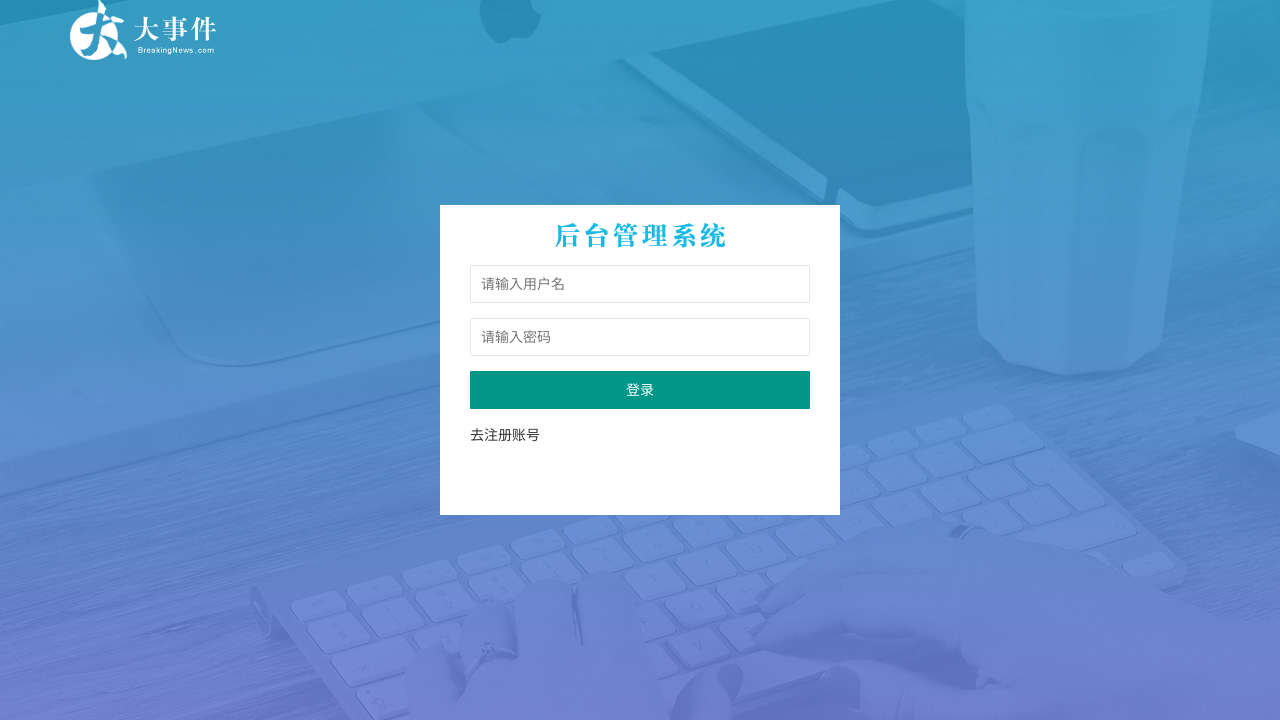
Repository: keyboying1/web_bigevent
Page: login.html
An editor plug-in stored every save of this project. The page is shown before and after the next save, followed by the edit.
The browser window is 1280 px wide. The pictures show the whole page.

Above is the page before, as saved 2022-11-18 15:41:01.

### login.html
<!DOCTYPE html>
<html lang="en">
<head>
    <meta charset="UTF-8">
    <meta http-equiv="X-UA-Compatible" content="IE=edge">
    <meta name="viewport" content="width=device-width, initial-scale=1.0">
    <title>大事件-注册/登录</title>
    <!-- 导入layui样式 -->
    <link rel="stylesheet" href="/assets/lib/layui/css/layui.css">
    <link rel="stylesheet" href="/assets/css/login.css">
</head>
<body>
    <!-- 头部logo区域 -->
    <div class="layui-main">
        <img src="/assets/images/logo.png" alt="" />
    </div>

    <!-- 登录注册区域 -->
    <div class="loginAndRegBox">
        <div class="title-box" ></div>
        <!-- 登录div -->
        <div class="login-box">
            <!-- 登陆的表单  -->
            <form class="layui-form" action="">
                <!-- 用户名 -->
                <div class="layui-form-item">
                    <input type="text" name="username" required  lay-verify="required" placeholder="请输入用户名" autocomplete="off" class="layui-input">
                </div>

                <!-- 密码 -->
                <div class="layui-form-item">
                    <input type="password" name="password" required  lay-verify="required" placeholder="请输入密码" autocomplete="off" class="layui-input">
                </div>
                <!-- 按钮 -->
                <div class="layui-form-item layui-btn-normal">
                    <button class="layui-btn layui-btn-fluid" lay-submit >登录</button>

                </div>
                <div class="layui-form-item">
                    <a href="javascript:;" id="link_reg">去注册账号</a>
                </div>
            </form>


        </div>
        <!-- 注册div -->
        <div class="reg-box">
            <a href="javascript:;" id="link_login">去登录</a>
        </div>
    </div>
    <!-- 导入jQuery -->
    <script src="/assets/lib/jquery.js"></script>
    <!-- 导入自己的js -->
    <script src="/assets/js/login.js"></script>
</body>
</html>

### assets/css/login.css
html,
body{
    margin:0;
    padding:0;
    height: 100%;
    width: 100%;
    background:url('/assets/images/login_bg.jpg')
    no-repeat center;
    background-size: cover;
}

.loginAndRegBox{
   width: 400px;
   height:310px;
   background-color: #fff;
   position: absolute;
   left: 50%;
   top: 50%;
   transform: translate(-50%,-50%);
}

.title-box{
    height: 60px;
    background: url("/assets/images/login_title.png")
    no-repeat center;
}
.reg-box{
    display: none;
}

.layui-form{
    padding:0 30px;
}

### assets/js/login.js
$(function(){
    //点击去注册账号链接
    $('#link_reg').on('click',function(){
        $('.login-box').hide()
        $('.reg-box').show()
    })

    //点击去登录的链接
    $('#link_login').on('click',function(){
        $('.login-box').show()
        $('.reg-box').hide()
    })
})

Loaded but not shown: assets/lib/layui/css/layui.css (library); assets/lib/jquery.js (library)

After the next save:
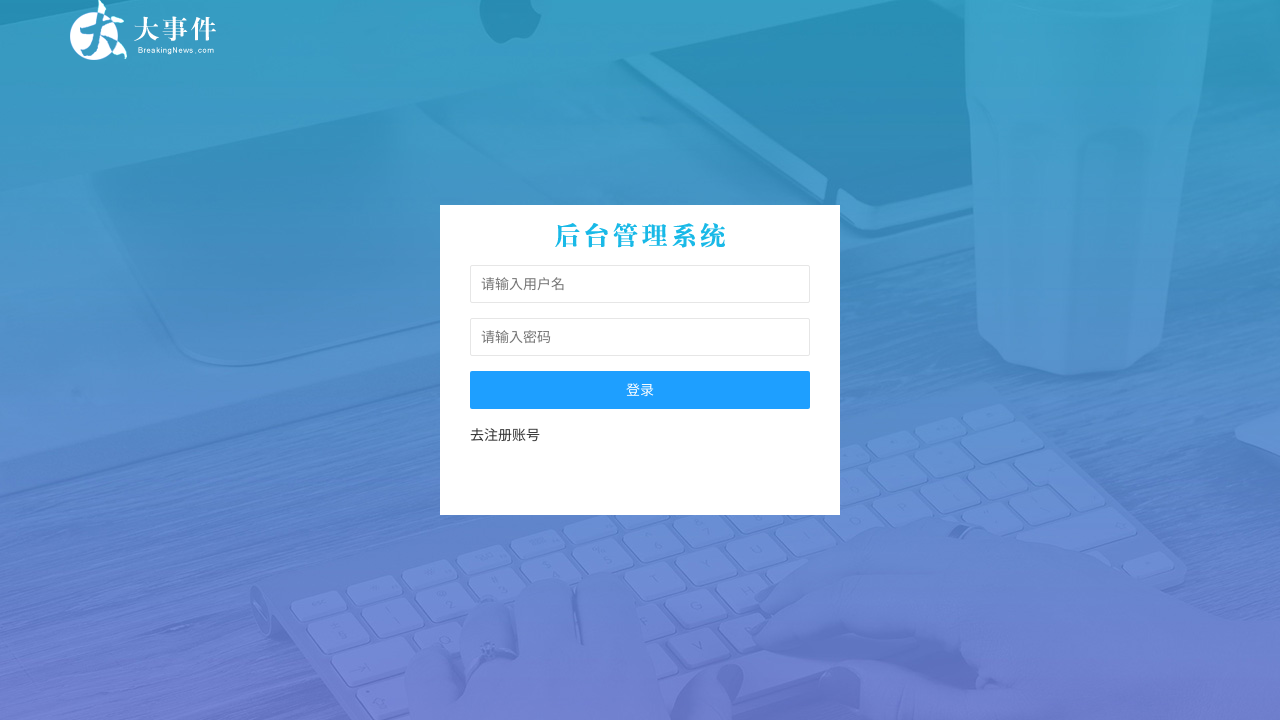
Saved 29 s later.
--- a/login.html
+++ b/login.html
@@ -32,8 +32,8 @@
                     <input type="password" name="password" required  lay-verify="required" placeholder="请输入密码" autocomplete="off" class="layui-input">
                 </div>
                 <!-- 按钮 -->
-                <div class="layui-form-item layui-btn-normal">
-                    <button class="layui-btn layui-btn-fluid" lay-submit >登录</button>
+                <div class="layui-form-item ">
+                    <button class="layui-btn layui-btn-fluid layui-btn-normal" lay-submit >登录</button>
 
                 </div>
                 <div class="layui-form-item">
